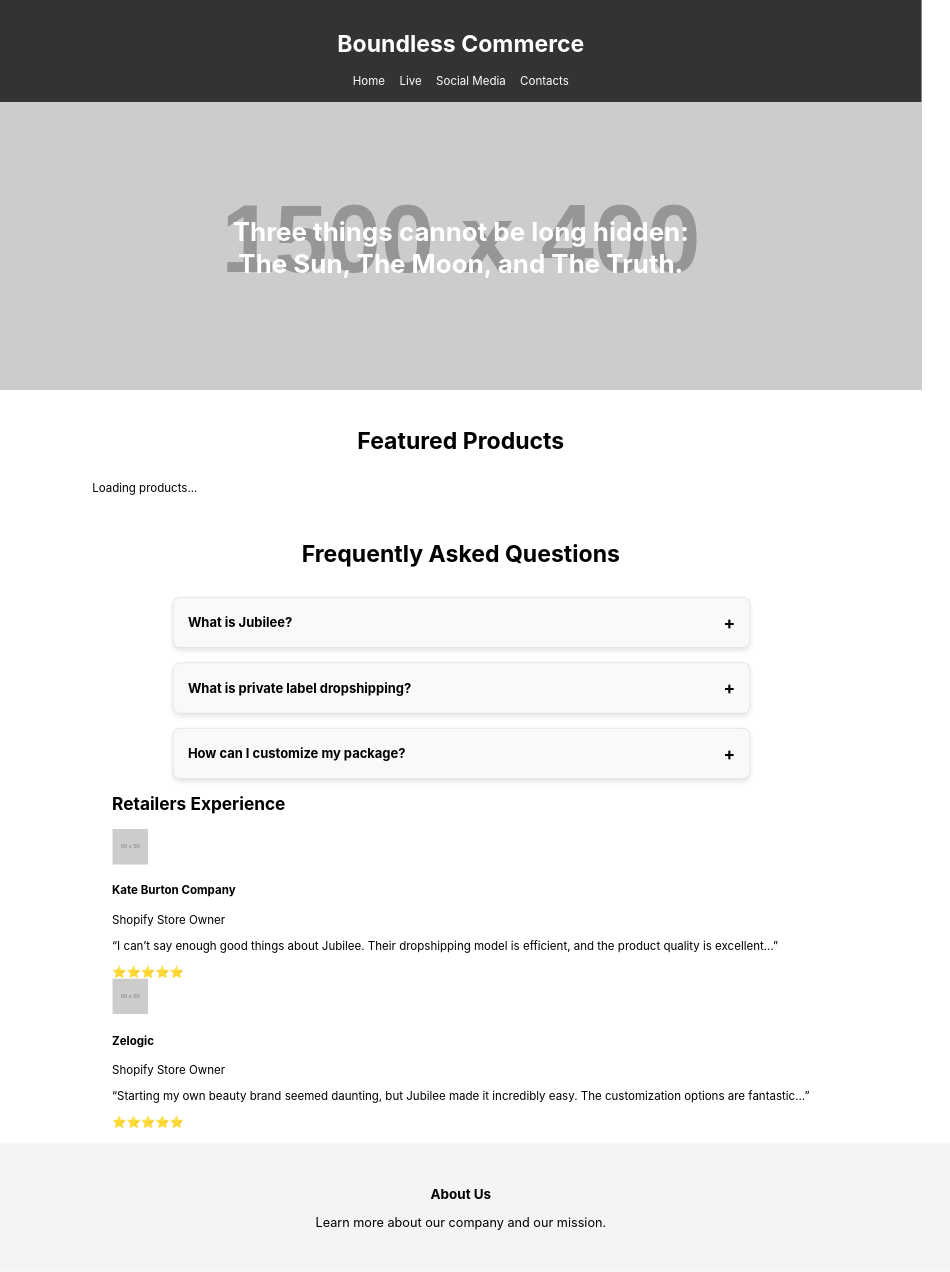
Repository: Nn-Exe/chunar-ecommerce
Page: / (app in ecommerce-frontend/)
An editor plug-in stored every save of this project. The page is shown before and after the next save, followed by the edit.
The browser window is 1280 px wide. The page is 1320 px wide, so the pictures cover 1320 px, including what lies to the right of the window. The pictures show the whole page, at 72% of full size.
The page's requests for data from a server got no answer. The project was rebuilt for these pictures with package versions that can differ from the ones it lists, and the page was loaded fresh each time. No one was signed in, and anything a server would have sent is missing.

Above is the page before, as saved 2024-09-11 15:16:56.

After the next save:
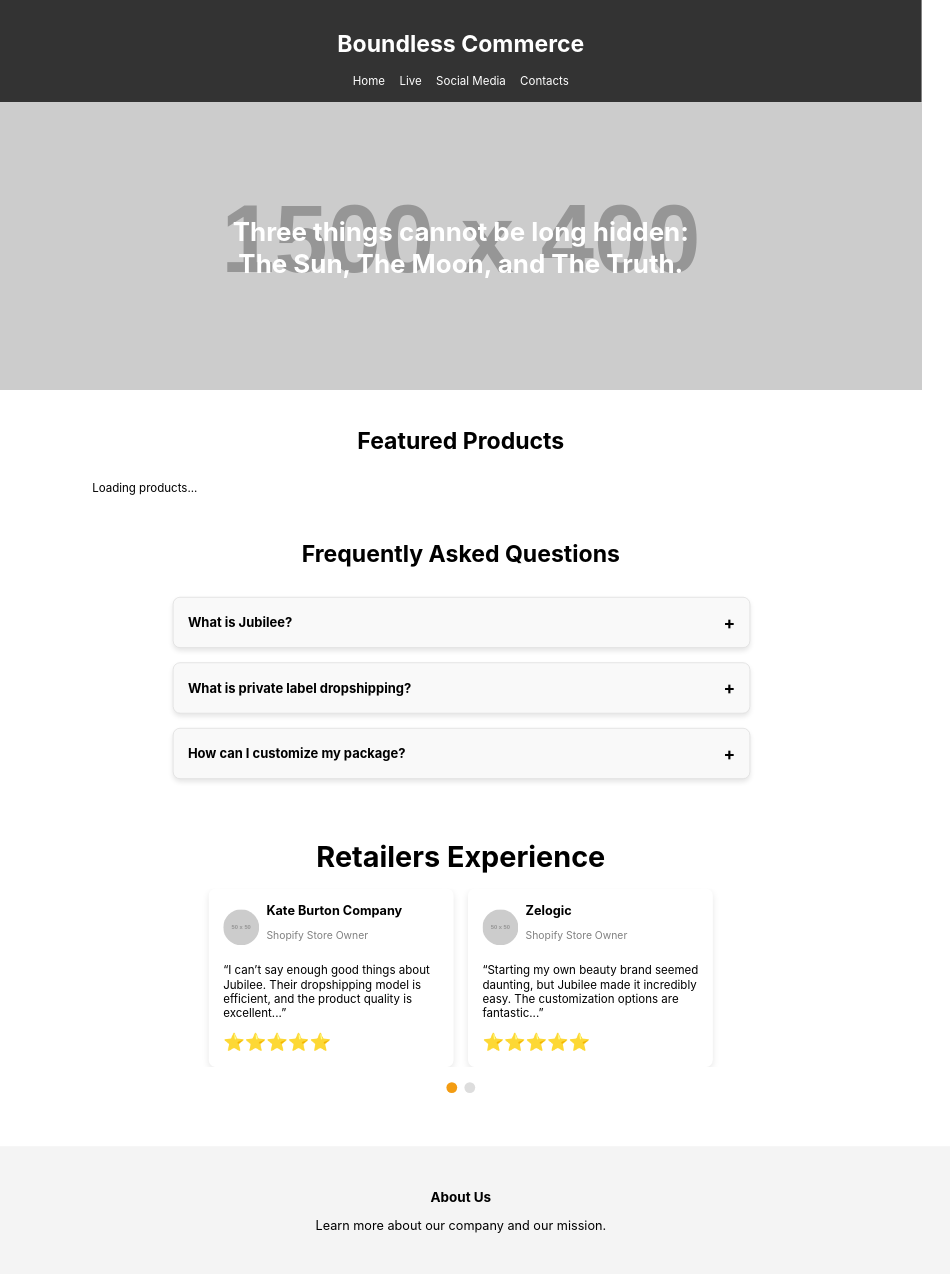
Saved 41 s later.
--- a/ecommerce-frontend/src/App.css
+++ b/ecommerce-frontend/src/App.css
@@ -226,3 +226,85 @@ nav ul li a {
 .faq-item.active .icon {
   transform: rotate(45deg);
 }
+
+/* -----------  TestimonialCarousel ------------- */
+
+/* Style for the testimonial section */
+.testimonial-section {
+  text-align: center;
+  max-width: 800px;
+  margin: 0 auto;
+  padding: 50px 0;
+}
+
+.testimonial-section h2 {
+  font-size: 2.5rem;
+  margin-bottom: 20px;
+}
+
+/* Carousel container */
+.carousel {
+  display: flex;
+  overflow: hidden;
+  justify-content: center;
+  scroll-behavior: smooth;
+  transition: transform 0.4s ease-in-out;
+  max-width: 100%; /* Ensure full width */
+  margin: 0 auto;
+}
+
+/* Testimonial card styling */
+.testimonial-card {
+  width: 300px;
+  background-color: #fff;
+  padding: 20px;
+  margin: 0 10px;
+  border-radius: 10px;
+  box-shadow: 0 4px 10px rgba(0, 0, 0, 0.1);
+  text-align: left;
+}
+
+.profile {
+  display: flex;
+  align-items: center;
+}
+
+.profile img {
+  border-radius: 50%;
+  margin-right: 10px;
+}
+
+.profile-details h4 {
+  font-size: 1.1rem;
+  margin: 0;
+}
+
+.profile-details p {
+  font-size: 0.9rem;
+  color: gray;
+}
+
+.stars {
+  font-size: 1.5rem;
+  color: #f39c12;
+  margin-top: 10px;
+}
+
+/* Navigation dots */
+.dots {
+  margin-top: 20px;
+}
+
+.dot {
+  height: 15px;
+  width: 15px;
+  margin: 0 5px;
+  background-color: #ddd;
+  border-radius: 50%;
+  display: inline-block;
+  cursor: pointer;
+}
+
+.active {
+  background-color: #f39c12;
+}
